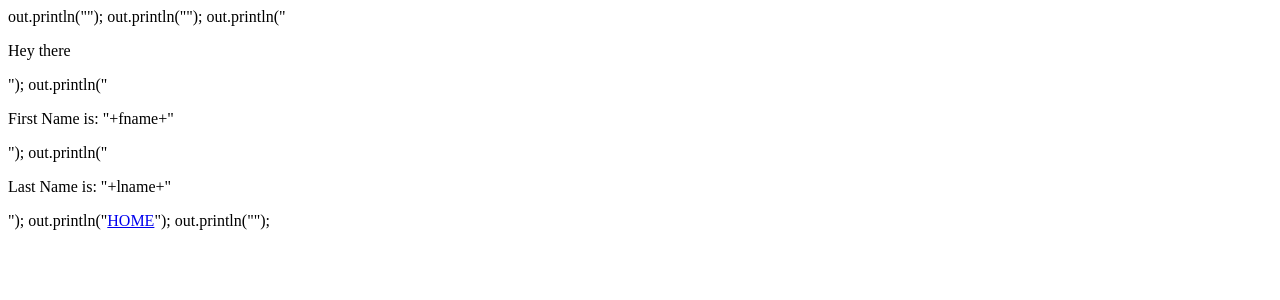
Repository: Bindu2296/allProjects
Page: http://localhost/Jspforms/reg.jsp
The author's editor kept a copy of each file at every save. The page is drawn from the files as they stood at one save, then again after the next save.
The browser window is 1280 px wide. The pictures show the whole page.
The page is served by Tomcat 9. Other server files are loaded and not shown.

Above is the page before, as saved 2019-03-26 11:24:43.

### Jspforms/src/main/webapp/reg.jsp
<%@ page language="java" contentType="text/html; charset=ISO-8859-1"
    pageEncoding="ISO-8859-1"%>
out.println("<!DOCTYPE html>");
	out.println("<html><body>");
	out.println("<p>Hey there</p></body>");
	out.println("<p>First Name is: "+fname+"</p>");
	out.println("<p>Last Name is: "+lname+"</p>");
	out.println("<a href='index.html'>HOME</a></body>");
out.println("</html>");

After the next save:
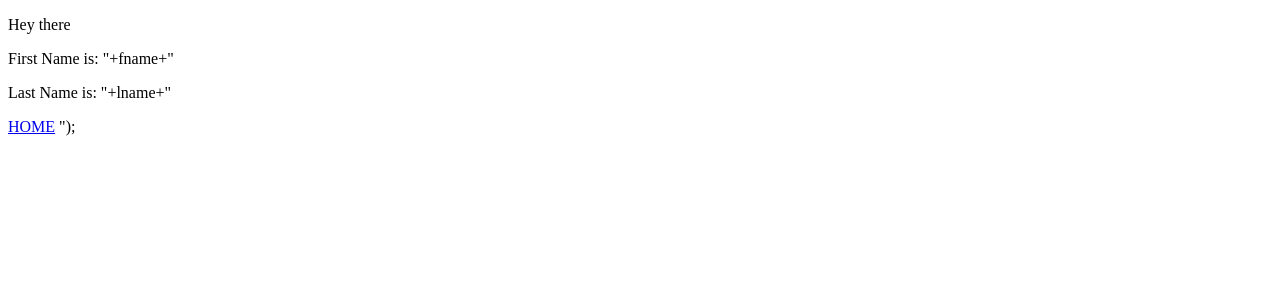
Saved 45 s later.
--- a/Jspforms/src/main/webapp/reg.jsp
+++ b/Jspforms/src/main/webapp/reg.jsp
@@ -1,9 +1,9 @@
 <%@ page language="java" contentType="text/html; charset=ISO-8859-1"
     pageEncoding="ISO-8859-1"%>
-out.println("<!DOCTYPE html>");
-	out.println("<html><body>");
-	out.println("<p>Hey there</p></body>");
-	out.println("<p>First Name is: "+fname+"</p>");
-	out.println("<p>Last Name is: "+lname+"</p>");
-	out.println("<a href='index.html'>HOME</a></body>");
-out.println("</html>");
+<!DOCTYPE html>
+	<html><body>
+<p>Hey there</p></body>
+	<p>First Name is: "+fname+"</p>
+	<p>Last Name is: "+lname+"</p>
+<a href='index.html'>HOME</a></body>
+</html>");
